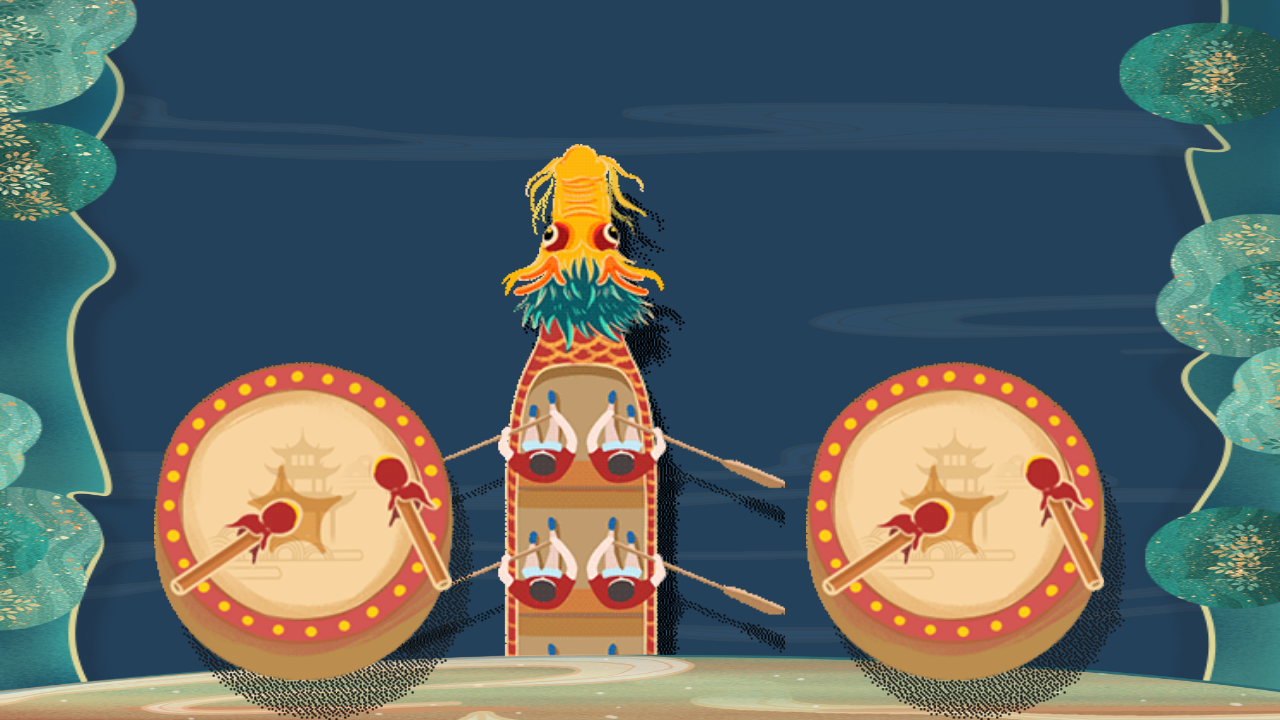
Repository: liushiwei151/hhl_dragon_boat_festival
Page: /Game
These files come from the project's save history. The page is drawn as it stood at one moment and after the next save; the edit follows.
The browser window is 1280 px wide. The pictures show the whole page.
An inner scrolling area shows only its first screen. The project was rebuilt for these pictures with package versions that can differ from the ones it lists, and the page was loaded fresh each time. Also part of the build but not shown: vue.config.js, src/views/Home.vue.

Above is the page before, as saved 2020-06-05 17:19:46.

After the next save:
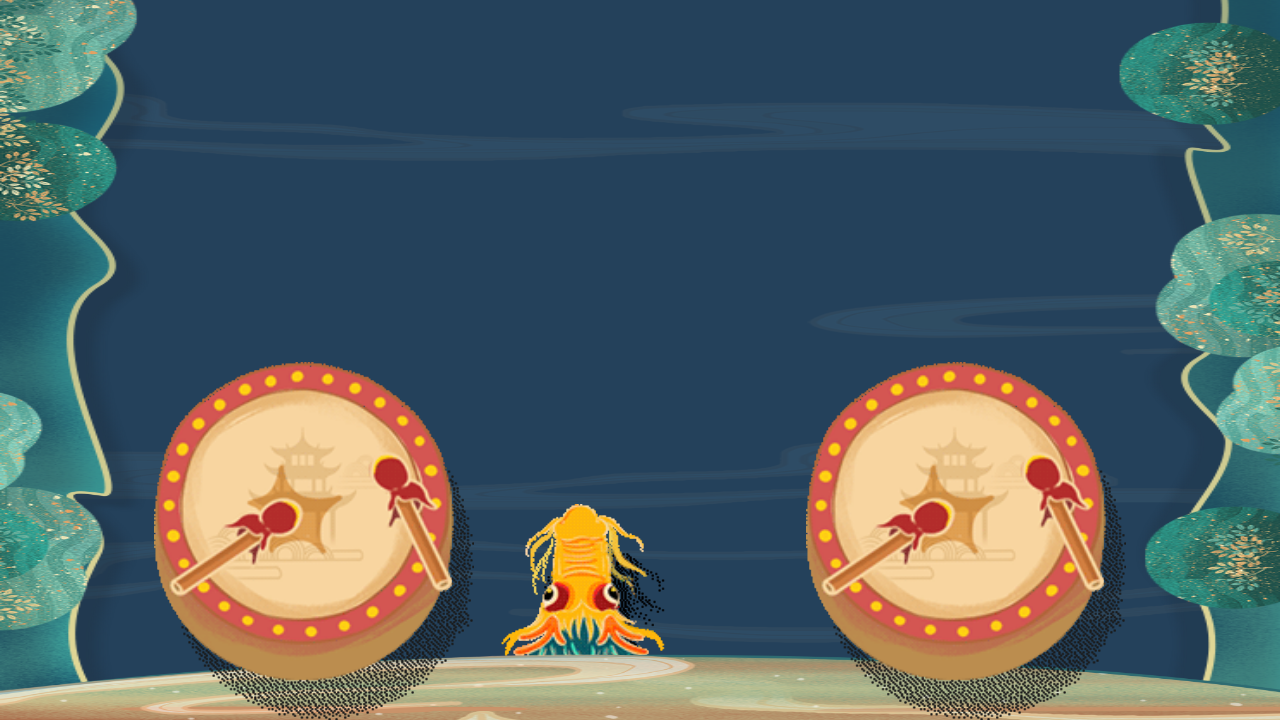
Saved 6 s later.
--- a/src/views/Game.vue
+++ b/src/views/Game.vue
@@ -140,7 +140,7 @@ export default class Game extends Vue {
     width: 31.333vw;
     height: 68.133vw;
     position: relative;
-    top: 20vh;
+    top: 70vh;
     left: 30vw;
     z-index: 5;
     .longzhou {
